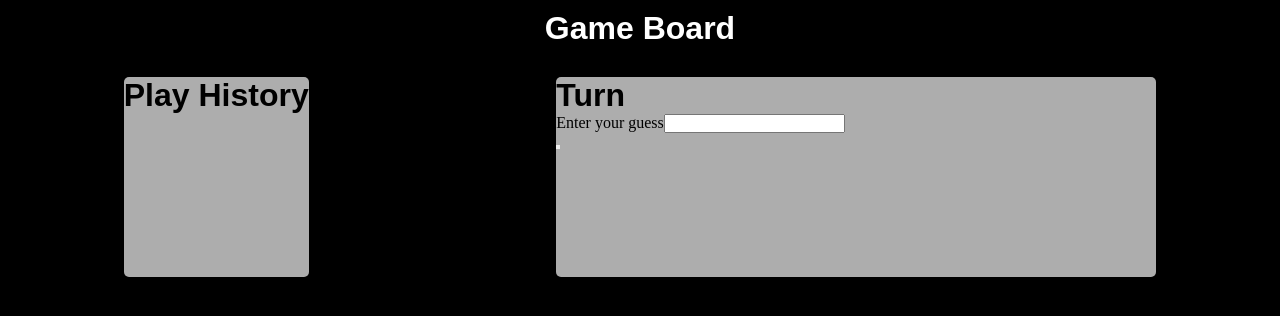
Repository: programmer686/Mastermind-with-Next.js
Page: /, after clicking the first element matching `button.StartScreen_51d34_startscreen__play_button`
The author's editor kept a copy of each file at every save. The page is drawn from the files as they stood at one save, then again after the next save.
The browser window is 1280 px wide. The pictures show the whole page.
The project was rebuilt for these pictures with package versions that can differ from the ones it lists, and the page was loaded fresh each time. The framework's server and built-in components were replaced by stand-ins that run in the browser. Also part of the build but not shown: next.config.js, src/styles/StartScreen.module.css.

Above is the page before, as saved 2023-07-18 19:01:37.

### src/pages/index.js

import Head from 'next/head'
import Image from 'next/image'
import { Inter } from 'next/font/google'
import styles from '@/styles/Home.module.css'
import StartScreen from '@/comps/StartScreen'
import { useState } from 'react'
import GameBoard from '@/comps/GameBoard'

const inter = Inter({ subsets: ['latin'] })

export default function Home() {
  const [startGame, setStartGame] = useState(true);

  function handleStart() {
    setStartGame(prev => prev ? prev == false : prev == prev);
  }
  return (
    <>
      <Head>
        <title>Create Next App</title>
        <meta name="description" content="Generated by create next app" />
        <meta name="viewport" content="width=device-width, initial-scale=1" />
        <link rel="icon" href="/favicon.ico" />
      </Head>
     <main className={styles.index__body}>
        {startGame ? <StartScreen handleStart={handleStart}/> : <GameBoard/>}
     </main>
    </>
  )
}

### src/styles/Home.module.css


.index__body {
  margin: 0;
  padding: 0;
  box-sizing: border-box;
  width: 100vw;
  height: 100vh;
  background-color: black;
}

### src/comps/StartScreen.js
import styles from '@/styles/StartScreen.module.css'

export default function StartScreen(props) {
    return (
        <main className={styles.startscreen__body}>
            <p className={styles.startscreen__game_name}>Mastermind Game</p>
            <button onClick={props.handleStart} className={styles.startscreen__play_button}>Play Game</button>
        </main>
    )
}

### src/comps/GameBoard.js
import styles from '@/styles/GameBoard.module.css'
import PastPlay from './PastPlay'
import GamePlay from './GamePlay'
import { useState } from 'react'
import StartScreen from './StartScreen'

export default function GameBoard() {
    const [userInput, setUserInput] = useState("")
    const [toManyCharacters, setToManyCharacters] = useState(false);
    function handleInput(e) {
        const {value} = e.target
        console.log(typeof(value))
        if (value.length > 4) {
            setToManyCharacters(true)
        } else {
            setToManyCharacters(false)
        }

       let containsAlpha = /^[a-zA-Z]*$/.test(value)

        if (containsAlpha) {
            console.log("has alphabetical characters");
        }
    }


    return (
        <main>
            <div className={styles.GameBoard__header}>
                <h1 className={styles.GameBoard__name}>Game Board</h1>
            </div>
            <div className={styles.GameBoard__body}>
                <PastPlay/>
                <GamePlay handleInput={handleInput} toManyCharacters={toManyCharacters}/>
            </div>
        </main>
    )

}

### src/styles/GameBoard.module.css
.GameBoard__header {
    width: 100%;
    padding: 10px 0px;
    text-align: center;
}

.GameBoard__body {
    width: 100%;
    padding: 20px 0px;
    display: flex;
    justify-content: space-around;
    align-items: center;
}

.GameBoard__name {
    font-weight: bolder;
    font-family: Arial, Helvetica, sans-serif;
    color: white;
}

.GameBoard__tomany {
    font-weight: 700;
    font-weight: bolder;
    font-family: Arial, Helvetica, sans-serif;
    color: red;
}

### src/comps/PastPlay.js
import styles from '@/styles/PastPlay.module.css'

export default function PastPlay() {
    return (
        <main className={styles.PastPlay__board}>
            <h1 className={styles.PastPlay__name}>Play History</h1>
        </main>
    )
}

### src/comps/GamePlay.js
import styles from '@/styles/GamePlay.module.css'
import { useState } from 'react';




export default function GamePlay(props) {
    const [userInput, setUserInput] = useState("")

    function getUserValue(event) {
        if (!(/[a-zA-Z]/gi.test(event.target.value)) && event.target.value.length <= 4) {
            setUserInput(event.target.value);
        }
    }


  function submitUserInput(event) {
    if (event.key === "Enter") {
        event.preventDefault();
        console.log(userInput);
        setUserInput(userInput);
    }
  };

    return (
        <main className={styles.GamePlay__board }>
            <h1 className={styles.GamePlay__title}>Turn</h1>
            <form>
                <label>Enter your guess</label>
                <input
                    className={styles.GamePlay__userInput_btn}
                    value={userInput}
                    id="user_input"
                    type="text"
                    onChange={getUserValue}
                    onKeyDown={submitUserInput}
                />
            </form>
            {props.toManyCharacters ? <p className={styles.GamePlay__error}>To many characters</p> : <></>}
            <button></button>
        </main>
    )
}

### src/styles/PastPlay.module.css
.PastPlay__board {
    max-width: 300px;
    border-radius: 5px;

    min-height: 200px;
    background: rgb(173, 173, 173);
}


.PastPlay__name {
    font-weight: bolder;
    font-family: Arial, Helvetica, sans-serif;
    color: black;
}

### src/styles/GamePlay.module.css
.GamePlay__board {
    width: 600px;
    border-radius: 5px;
    min-height: 200px;
    background: rgb(173, 173, 173);
}

.GamePlay__title {
    font-weight: bolder;
    font-family: Arial, Helvetica, sans-serif;
    color: black;
}

.GamePlay__error {
    font-size: 14px;
    font-weight: bolder;
    font-family: Arial, Helvetica, sans-serif;
    color: red;
}

Loaded but not shown: src/pages/_app.js (common file); src/pages/_document.js (common file); src/styles/globals.css (common file)

After the next save:
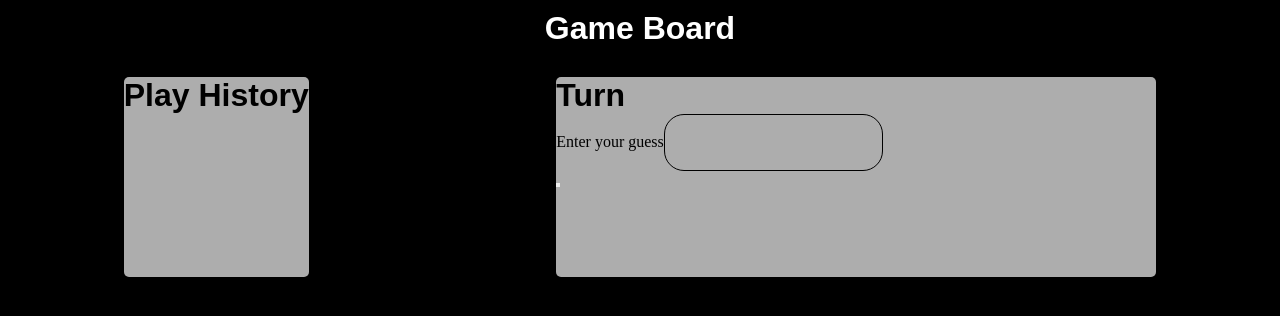
Saved 44 s later.
--- a/src/styles/GamePlay.module.css
+++ b/src/styles/GamePlay.module.css
@@ -17,3 +17,10 @@
     font-family: Arial, Helvetica, sans-serif;
     color: red;
 }
+
+.GamePlay__userInput_btn {
+    background: none;
+    padding: 20px;
+    border: 1px solid black;
+    border-radius: 20px;
+}
